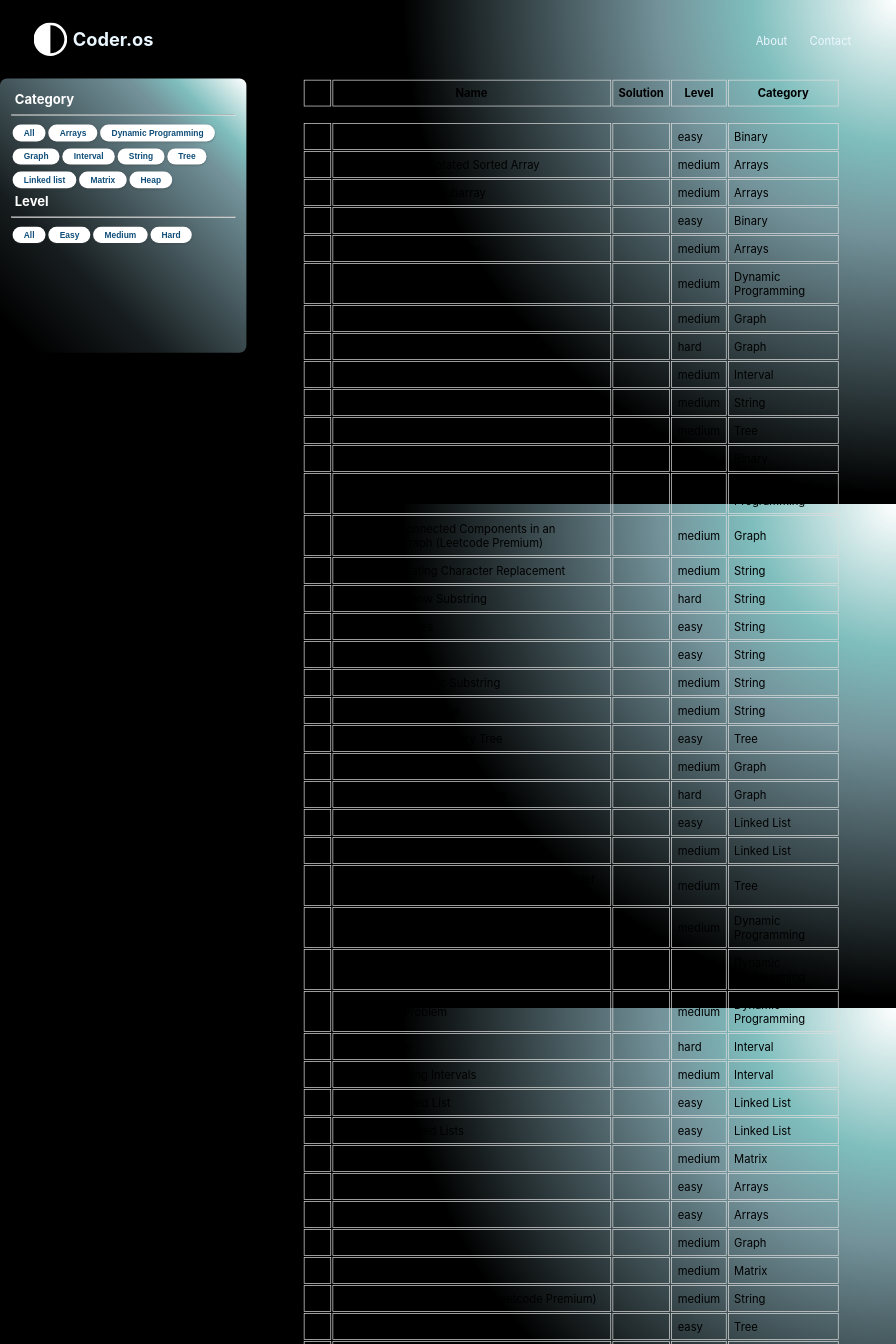
Repository: xoshiraghavx/Coder.os
Page: /mainpage (app in my-app/)
An editor plug-in stored every save of this project. The page is shown before and after the next save, followed by the edit.
The browser window is 1280 px wide. The pictures show the part of the page from y = 0 to 1920 px (the page is 3436 px tall before and 3026 px after), at 70% of full size.
Backgrounds fixed to the window are drawn as part of the page. The project was rebuilt for these pictures with package versions that can differ from the ones it lists, and the page was loaded fresh each time. Also part of the build but not shown: my-app/src/components/Home/Home.css, my-app/src/components/Home/Home.jsx.

Above is the page before, as saved 2022-12-17 14:06:20.

### my-app/public/index.html
<!DOCTYPE html>
<html lang="en">
  <head>
    <meta charset="utf-8" />
    <link rel="icon" href="%PUBLIC_URL%/assests/logo.png" />
    <meta name="viewport" content="width=device-width, initial-scale=1" />
    <meta name="theme-color" content="#000000" />
    <meta
      name="description"
      content="Web site created using create-react-app"
    />
    <link rel="apple-touch-icon" href="%PUBLIC_URL%/logo192.png" />
    <!--
      manifest.json provides metadata used when your web app is installed on a
      user's mobile device or desktop. See https://developers.google.com/web/fundamentals/web-app-manifest/
    -->
    <link rel="manifest" href="%PUBLIC_URL%/manifest.json" />
    <!--
      Notice the use of %PUBLIC_URL% in the tags above.
      It will be replaced with the URL of the `public` folder during the build.
      Only files inside the `public` folder can be referenced from the HTML.

      Unlike "/favicon.ico" or "favicon.ico", "%PUBLIC_URL%/favicon.ico" will
      work correctly both with client-side routing and a non-root public URL.
      Learn how to configure a non-root public URL by running `npm run build`.
    -->
    <title>Coder.os</title>
  </head>
  <body>
    <noscript>You need to enable JavaScript to run this app.</noscript>
    <div id="root"></div>
    <!--
      This HTML file is a template.
      If you open it directly in the browser, you will see an empty page.

      You can add webfonts, meta tags, or analytics to this file.
      The build step will place the bundled scripts into the <body> tag.

      To begin the development, run `npm start` or `yarn start`.
      To create a production bundle, use `npm run build` or `yarn build`.
    -->
  </body>
</html>

### my-app/src/index.js
import React from 'react';
import ReactDOM from 'react-dom/client';
import './index.css';
import App from './App';
import {BrowserRouter as Router} from "react-router-dom";


const root = ReactDOM.createRoot(document.getElementById('root'));
root.render(
  <Router>
  <App />
  </Router>

);

// If you want to start measuring performance in your app, pass a function
// to log results (for example: reportWebVitals(console.log))
// or send to an analytics endpoint. Learn more: https://bit.ly/CRA-vitals

### my-app/src/index.css
body {
  height: 100%;
  padding: 0;
  margin: 0;
  font-family: -apple-system, BlinkMacSystemFont, 'Segoe UI', 'Roboto', 'Oxygen',
    'Ubuntu', 'Cantarell', 'Fira Sans', 'Droid Sans', 'Helvetica Neue',
    sans-serif;
  -webkit-font-smoothing: antialiased;
  -moz-osx-font-smoothing: grayscale;
background: rgb(255,255,255);
background: radial-gradient(circle at top right, rgba(255,255,255,1) 0%, rgba(127,190,189,1) 14%, rgba(115,146,154,1) 23%, rgba(0,0,0,1) 48%);
background-repeat: no-repeat;
height: 100%;
background-attachment: fixed;
/* color: #fff; */
}

code {
  font-family: source-code-pro, Menlo, Monaco, Consolas, 'Courier New',
    monospace;
}

/*
===============
Variables
===============
*/

:root {
  /* dark shades of primary color*/
  --clr-primary-1: hsl(205, 86%, 17%);
  --clr-primary-2: hsl(205, 77%, 27%);
  --clr-primary-3: hsl(205, 72%, 37%);
  --clr-primary-4: hsl(205, 63%, 48%);
  /* primary/main color */
  --clr-primary-5: hsl(205, 78%, 60%);
  /* lighter shades of primary color */
  --clr-primary-6: hsl(205, 89%, 70%);
  --clr-primary-7: hsl(205, 90%, 76%);
  --clr-primary-8: hsl(205, 86%, 81%);
  --clr-primary-9: hsl(205, 90%, 88%);
  --clr-primary-10: hsl(205, 100%, 96%);
  /* darkest grey - used for headings */
  --clr-grey-1: hsl(209, 61%, 16%);
  --clr-grey-2: hsl(211, 39%, 23%);
  --clr-grey-3: hsl(209, 34%, 30%);
  --clr-grey-4: hsl(209, 28%, 39%);
  /* grey used for paragraphs */
  --clr-grey-5: hsl(210, 22%, 49%);
  --clr-grey-6: hsl(209, 23%, 60%);
  --clr-grey-7: hsl(211, 27%, 70%);
  --clr-grey-8: hsl(210, 31%, 80%);
  --clr-grey-9: hsl(212, 33%, 89%);
  --clr-grey-10: hsl(210, 36%, 96%);
  --clr-white: #fff;
  --clr-red-dark: hsl(360, 67%, 44%);
  --clr-red-light: hsl(360, 71%, 66%);
  --clr-green-dark: hsl(125, 67%, 44%);
  --clr-green-light: hsl(125, 71%, 66%);
  --clr-black: #222;
  --ff-primary: "Roboto", sans-serif;
  --ff-secondary: "Open Sans", sans-serif;
  --transition: all 0.3s linear;
  --spacing: 0.1rem;
  --radius: 0.25rem;
  --light-shadow: 0 5px 15px rgba(0, 0, 0, 0.1);
  --dark-shadow: 0 5px 15px rgba(0, 0, 0, 0.2);
  --max-width: 1170px;
  --fixed-width: 620px;
}
h1{
  color: var(--clr-primary-10);
}

### my-app/src/App.jsx
import React from "react";
import Home from "./components/Home/Home";
import MainPage from "./components/MainPage/MainPage";
import {Routes, Route} from "react-router-dom";

function App() {
  return (

     <Routes>
        <Route path="/" element={<Home />} />
          <Route path="/mainpage" element={<MainPage />} />
      </Routes>
  );
}

export default App;

### my-app/src/components/MainPage/MainPage.jsx
import "./MainPage.css";
import FilterSection from "./FilterSection";
import QuestionBank from "./QuestionBank";
import NavBar from "../NavBar/Navbar";

function MainPage() {
  return (
    <div>
      <NavBar />
      <div className="main-section">
        <FilterSection />
        <QuestionBank />
      </div>
    </div>
  );
}

export default MainPage;

### my-app/src/components/NavBar/Navbar.jsx
import "./NavBar.css";

function NavBar() {
  return (
    <div className="navbar">
      <div className="navbar-wrapper">
        <div className="navbar-logo">
          <img src="assests/code-simple.svg" alt="" />
          <div className="nav-bar-logo__name">Coder.os</div>
        </div>
        <div className="navbar-list">
          <ul>
            <li>
              <a>About</a>
            </li>
            <li>
              <a>Contact</a>
            </li>
          </ul>
        </div>
      </div>
    </div>
  );
}

export default NavBar;

### my-app/src/components/MainPage/MainPage.css

.main-section {
  display: flex;
  flex-direction: row;
}
@media only screen and (max-width: 1100px){
  .main-section{
      display: flex;
     flex-direction: column;
  }
}

### my-app/src/components/MainPage/FilterSection.jsx
import React from "react";
import "./FilterSection.css";

function FilterSection() {
  const Button = [
    {
      Name: "All",
    },
    {
      Name: "Arrays",
    },
    {
      Name: "Dynamic Programming",
    },
    {
      Name: "Graph",
    },
    {
      Name: "Interval",
    },
    {
      Name: "String",
    },
    {
      Name: "Tree",
    },
    {
      Name: "Linked list",
    },
    {
      Name: "Matrix",
    },
    {
      Name: "Heap",
    },
  ];
  const Level = [
    {
      Name: 'All',
    },
    {
      Name: 'Easy',
    },
    {
      Name: 'Medium',
    },
    {
      Name: 'Hard',
    }
  ]
  return (
    <div>
      <div className="filter-section">
        <div className="category">
          <div className="category-heading">
            <h3 className="title">Category</h3>
            <hr />
          </div>
          <div className="category-buttons">
          {Button.map((button) => (
            <button className="buttons">{button.Name}</button>
          ))}
          </div>
        </div>

        <div className="level">
          <div className="level-heading">
            <h3 className="title">Level</h3>
            <hr />
          </div>
        </div>
        <div className="level-buttons">
          {
            Level.map((level)=>(
              <button className="buttons">{level.Name}</button>
            ))
          }

        </div>
      </div>
    </div>
  );
}

export default FilterSection;

### my-app/src/components/MainPage/QuestionBank.jsx
import React from "react";
import "./QuestionBank.css";
import Questions from "../../assests/updated.json";

function QuestionBank() {
  return (
    <div>
      <div className="ques-section">
        <table id="customer">
          <tr>
            <th>Id</th>
            <th>Name</th>
            <th>Solution</th>
            <th>Level</th>
            <th>Category</th>
          </tr>
          <br />
          {Questions.map((question) => (
            <>
              <tr>
                <td>{question.Id}</td>
                <td>{question.Name}</td>
                <td>{question.Solution}</td>
                <td>{question.Level}</td>
                <td>{question.Category}</td>
              </tr>
            </>
          ))}
        </table>
      </div>
    </div>
  );
}

export default QuestionBank;

### my-app/src/components/NavBar/NavBar.css
.navbar-wrapper{
    height: auto;
    display: flex;
    flex-direction: row;
    padding: 2rem 3rem;
}
.navbar-logo img{
    height: 3rem;
}
.navbar-logo{
    display: flex;
    flex-direction: row;
    color: var(--clr-primary-10);
}
.nav-bar-logo__name{
    margin: 0.5rem;
    font-weight: bold;
    font-size: 26px;
}
.navbar-list ul{
    list-style-type: none;
    display: flex;
    flex-direction: row;
    margin: 0;
    padding: 0rem 3rem;
}
.navbar-list li a{
    padding: 0.5rem ;
    margin: 0.5rem;
    color: var(--clr-primary-10);
}
.navbar-list{
    position: absolute;
    right: 0;
    margin-top: 1rem;
}
.navbar-list li :hover{
    color: var(--clr-primary-1);
    cursor: pointer;
    font-size: large;
}
@media only screen and (max-width: 600px){
    .navbar-list ul{
        padding: 0rem;
    }
    .navbar-logo img{
        height: 2.5rem;
    }
   .nav-bar-logo__name{
        font-size: 20px;
    }
}

### my-app/src/components/MainPage/FilterSection.css
.filter-section {
  background: rgb(255, 255, 255);
  background: linear-gradient(
    225deg,
    rgba(255, 255, 255, 1) 0%,
    rgba(173, 213, 213, 1) 9%,
    rgba(136, 195, 194, 1) 13%,
    rgba(127, 190, 189, 1) 14%,
    rgba(115, 146, 154, 1) 23%,
    rgba(23, 29, 31, 1) 69%,
    rgba(0, 0, 0, 1) 93%
  );
  width: 20rem;
  height: 50vh;
  border-radius: 10px;
  border-color: white;
  padding: 1rem;
}
.buttons {
  background-color: white;
  padding: 0.3rem 1rem;
  border-radius: 100px;
  font-size: 12px;
  color: var(--clr-primary-2);
  font-weight: bold;
  margin: 5px 2px;
  box-shadow: rgba(60, 64, 67, 0.3) 0px 1px 2px 0px,
    rgba(60, 64, 67, 0.15) 0px 1px 3px 1px;
  border: none;
}
h3 {
  color: #ffffff;
}
.title {
  margin: auto;
  padding: 2px 5px;
}
.buttons:hover {
  cursor: pointer;
}
@media only screen and (max-width: 1100px){
  .filter-section{
    width: 80%;
    height: 20vh;
  }
}

### my-app/src/components/MainPage/QuestionBank.css
.ques-section{
    position: absolute;
    right: 0;
    margin-right: 5rem;
    width: 60%;
}
th, td {
    padding: 0.2rem;
    border: 1px solid #ddd;
    padding: 8px;
}
table{
    width: 100%;
}
#customers {
    font-family: Arial, Helvetica, sans-serif;
    border-collapse: collapse;
    width: 100%;
  }


  #customers tr:nth-child(even){background-color: #f2f2f2;}

  #customers tr:hover {background-color: #ddd;}

  #customers th {
    padding-top: 12px;
    padding-bottom: 12px;
    text-align: left;
    background-color: #04AA6D;
    color: white;
  }
.ques-bar{
   display: flex;
  flex-direction: row;
  font-weight: bold;
  justify-content: space-between;
  background: #ffffff;
  padding: 1rem;
  border-radius: 20px;
}
.ques-bank{
    margin-top: 1rem;
    background: #ffffff;
    padding: 1rem;
    font-weight: bold;
    border-radius: 20px;
}
.ques{
    display: flex;
    flex-direction: row;
    justify-content: space-between;
}
@media only screen and (max-width: 1100px){
    .ques-section{
        position: absolute;
        left: 0;
        top: 23rem;
        width: 80%;
        margin-left: 2rem;
    }
}

Loaded but not shown: my-app/src/assests/updated.json (677 lines, source omitted)

After the next save:
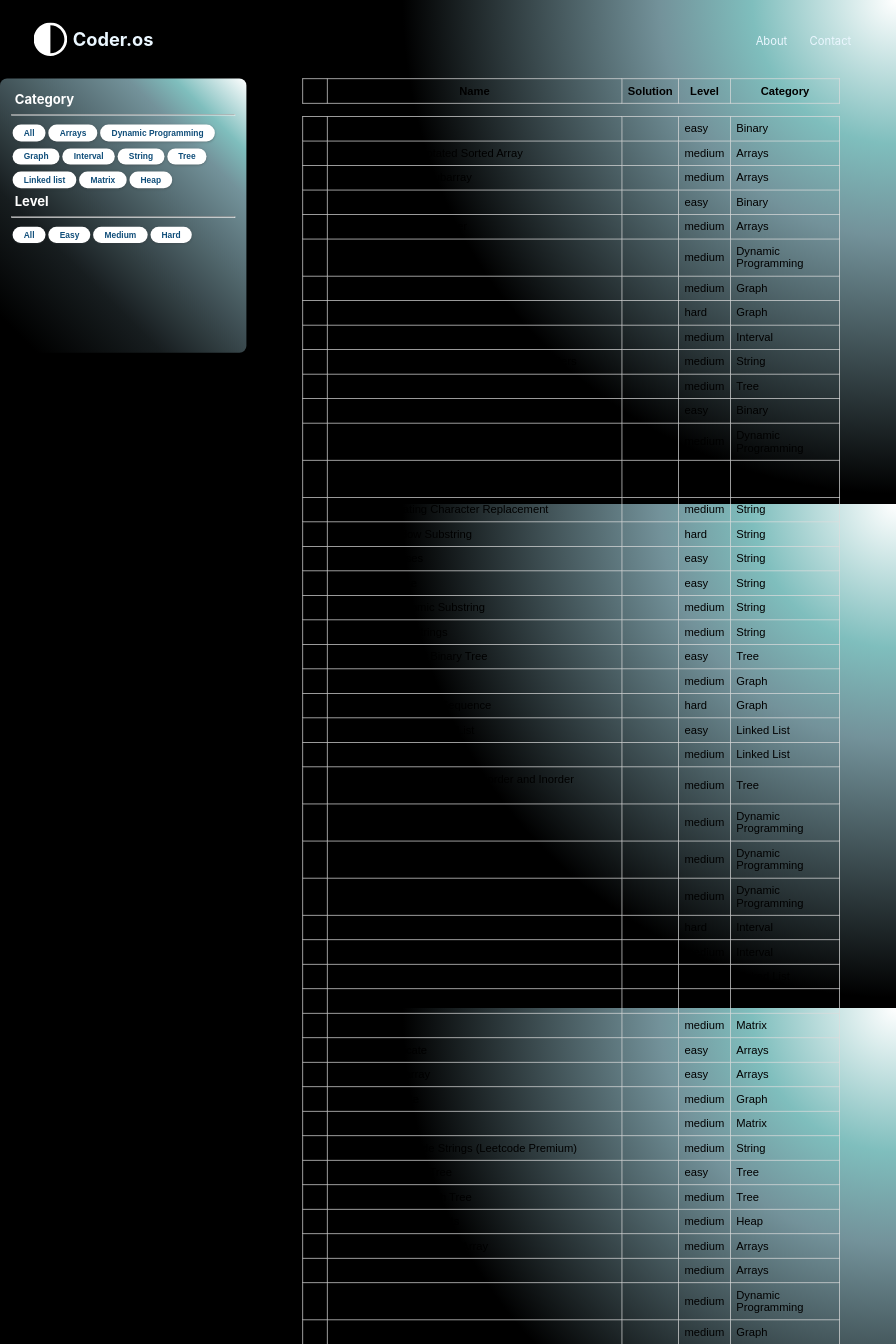
Saved 15 s later.
--- a/my-app/src/components/MainPage/QuestionBank.css
+++ b/my-app/src/components/MainPage/QuestionBank.css
@@ -11,10 +11,10 @@ th, td {
 }
 table{
     width: 100%;
+    font-family: Arial, Helvetica, sans-serif;
+    border-collapse: collapse;
 }
 #customers {
-    font-family: Arial, Helvetica, sans-serif;
-    border-collapse: collapse;
     width: 100%;
   }
 
